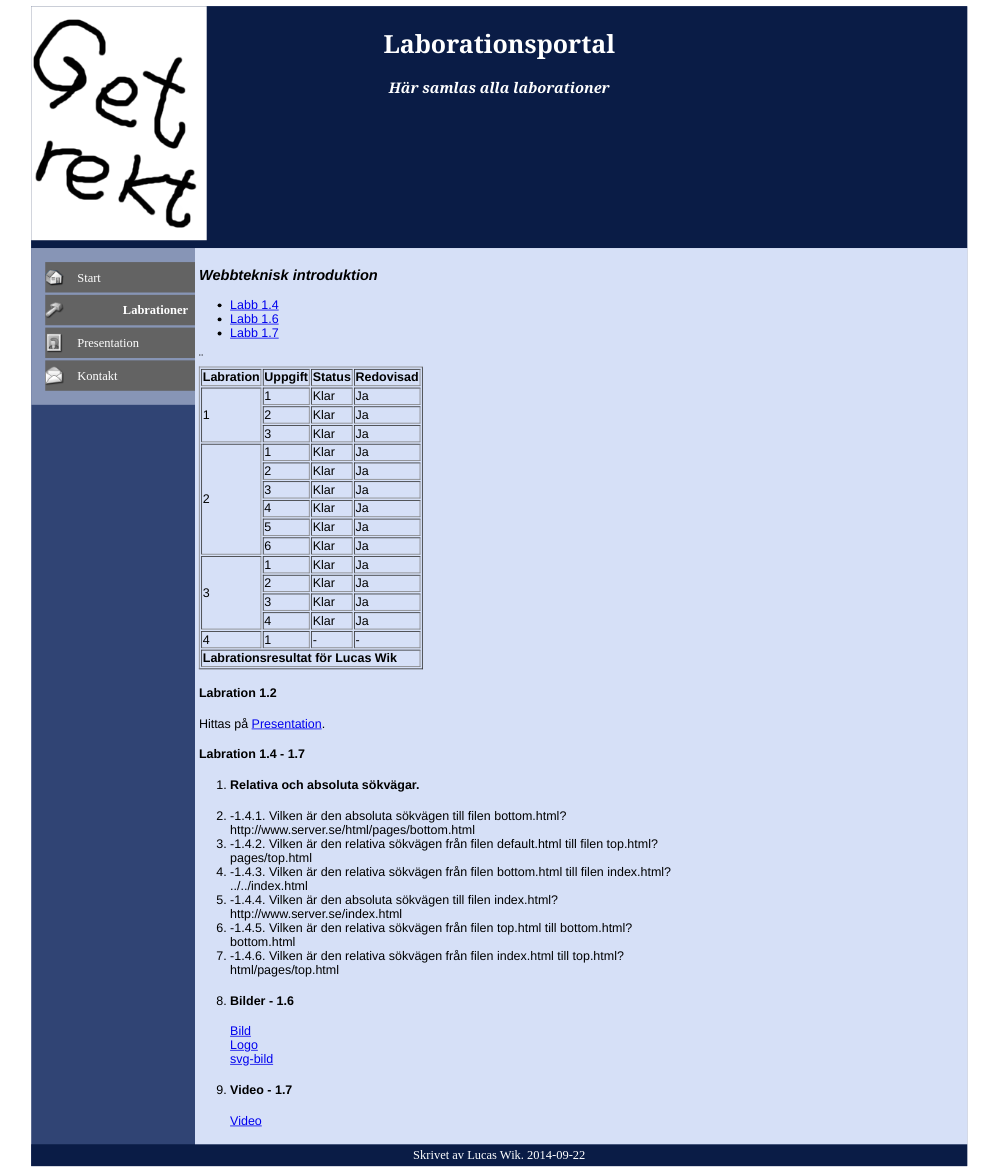
Repository: lw222gz/1ik415-laborationer
Page: Pages/labrationer.html
The author's editor kept a record of every edit. The page is drawn from the files as they stood at one moment, then again after the next edit.
The browser window is 1280 px wide. The pictures show the whole page, at 78% of full size.

Above is the page before.

After the next edit:
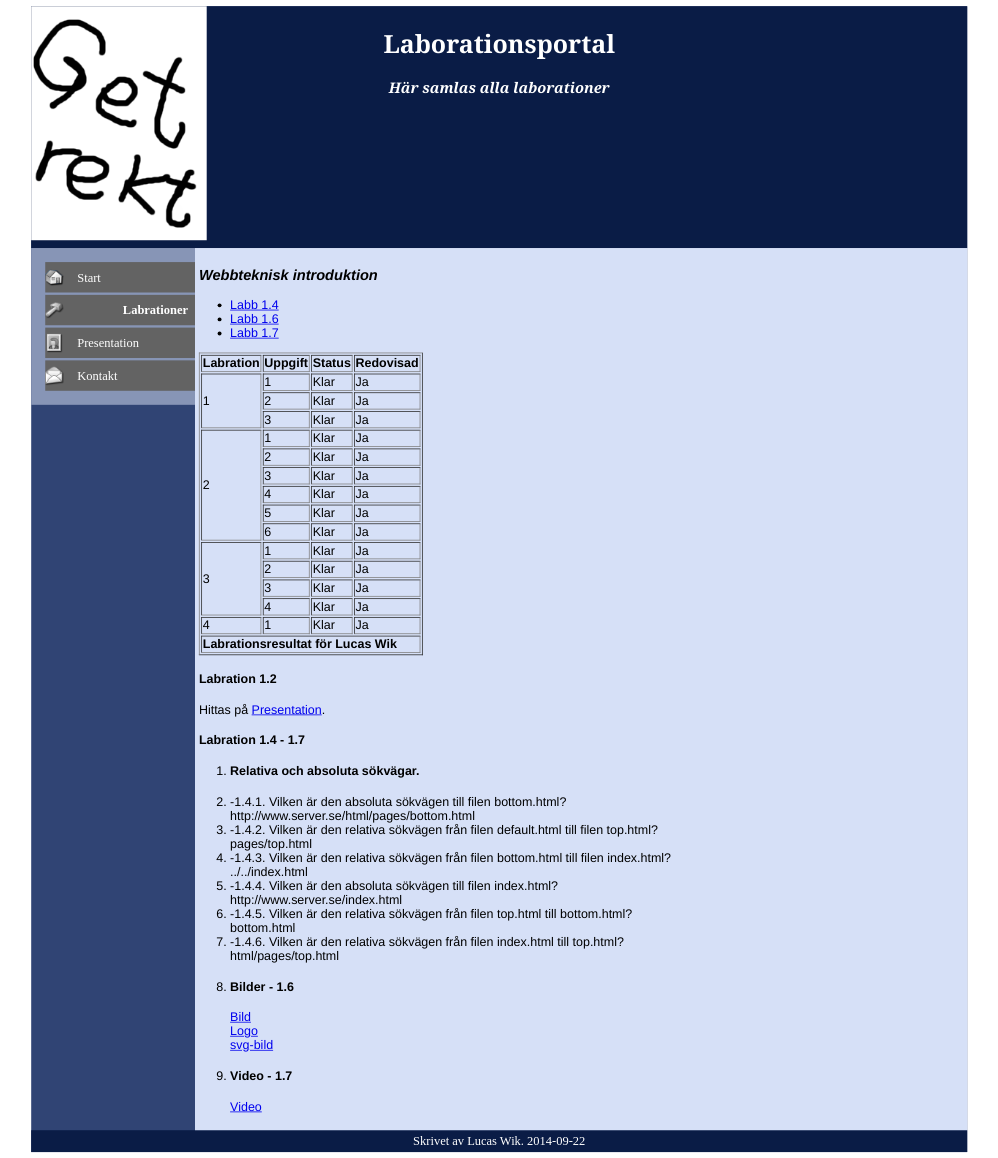
The edit:
--- a/Pages/labrationer.html
+++ b/Pages/labrationer.html
@@ -123,8 +123,8 @@
         <tr>
             <td>4</td>
                                 <td>1</td>
-                                <td>-</td>
-                                <td>-</td>¨
+                                <td>Klar</td>
+                                <td>Ja</td>
         </tr>
     </tbody>
 </table>
